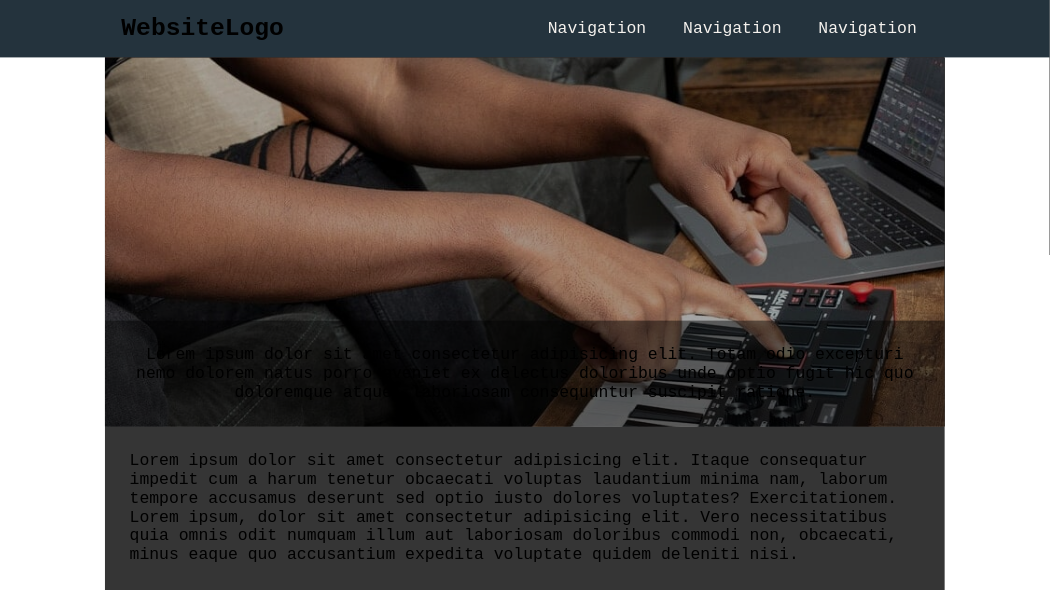
Repository: piotrokrutniak/Projekt-Studia
Page: index.html
An editor plug-in stored every save of this project. The page is shown before and after the next save, followed by the edit.
The browser window is 1280 px wide. The pictures show the whole page, at 82% of full size.

Above is the page before, as saved 2023-03-04 14:53:35.

After the next save:
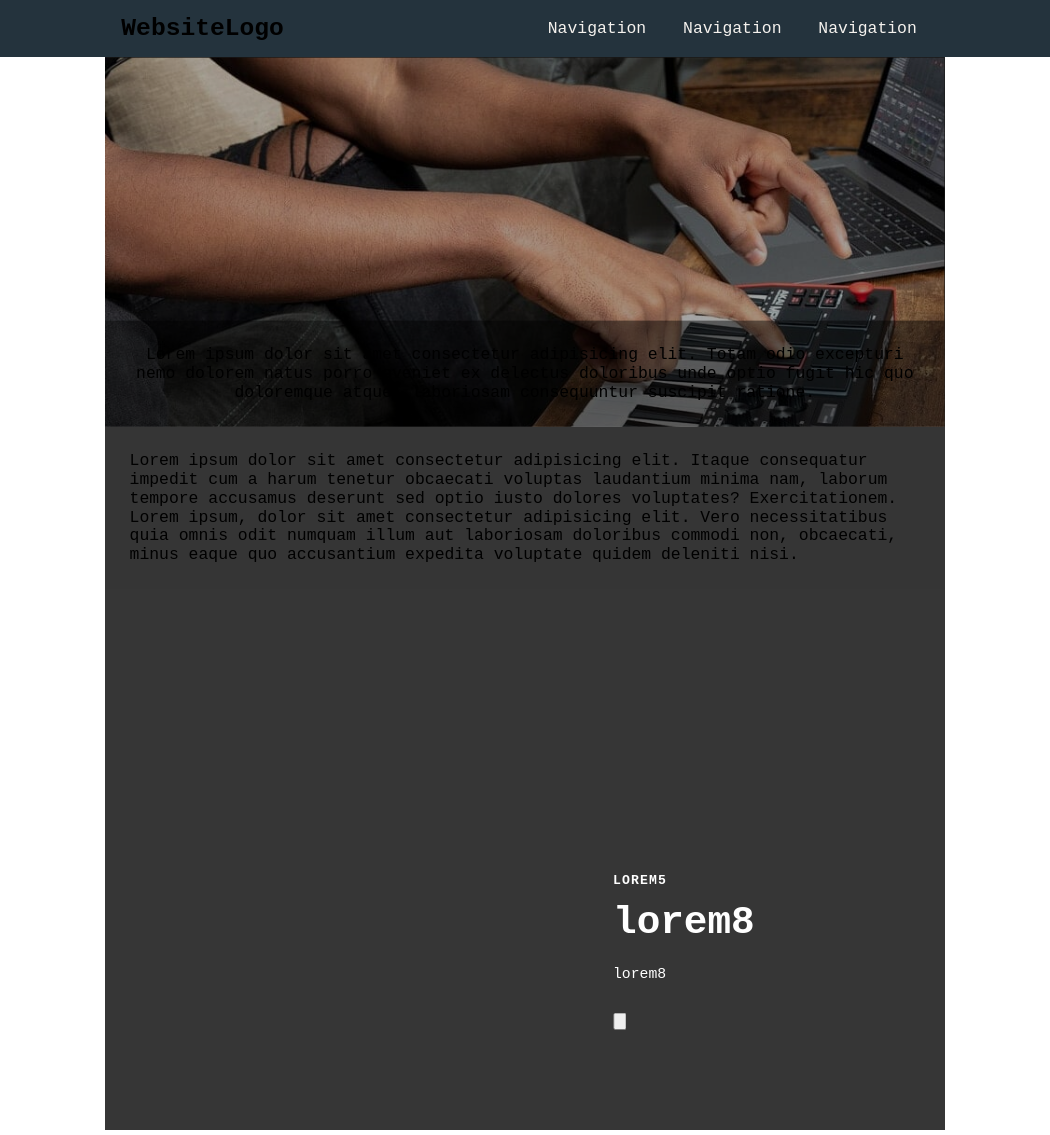
Saved 43 s later.
--- a/index.html
+++ b/index.html
@@ -41,9 +41,29 @@
                 Lorem ipsum dolor sit amet consectetur adipisicing elit. Totam odio excepturi nemo dolorem natus porro eveniet ex delectus doloribus unde optio fugit hic quo doloremque atque, laboriosam consequuntur suscipit ratione.
             </div>
         </div>
+
         <div class="text-section">
         Lorem ipsum dolor sit amet consectetur adipisicing elit. Itaque consequatur impedit cum a harum tenetur obcaecati voluptas laudantium minima nam, laborum tempore accusamus deserunt sed optio iusto dolores voluptates? Exercitationem.
         Lorem ipsum, dolor sit amet consectetur adipisicing elit. Vero necessitatibus quia omnis odit numquam illum aut laboriosam doloribus commodi non, obcaecati, minus eaque quo accusantium expedita voluptate quidem deleniti nisi.
-    </div>
+        </div>
+
+        <div class="post-container">
+            <div class="post-wrapper">
+                <div class="info-row">
+                    <div class="left-column">
+                        <div class="text-wrapper">
+                            <div class="top-text">lorem5</div>
+                            <div class="title">lorem8</div>
+                            <div class="subtitle">lorem8</div>
+                            <div class="btn-wrap">
+                                <input type="button" class="button">
+                            </div>
+                        </div>
+                    </div>
+                </div>
+            </div>
+        </div>
+
+
     </div>
 </body>
